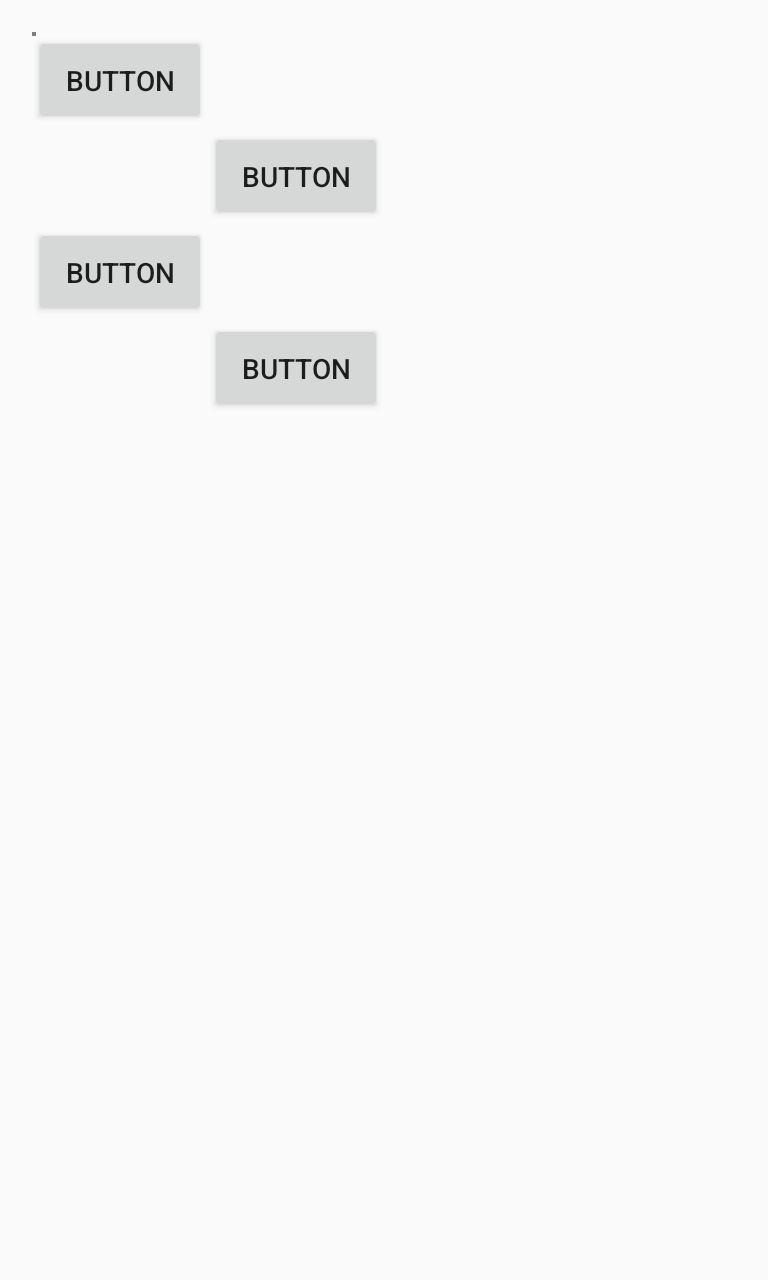
Repository: HarithaAmmuHari/Project
Layout: Relative/res/layout/activity_main.xml
The author's editor kept a copy of each file at every save. The layout is drawn from the files as they stood at one save, then again after the next save.
It is drawn on a 768 x 1280 px phone screen (xhdpi) without system bars, with theme AppTheme; the app's code is not run.

Above is the layout before, as saved 2015-01-21 09:57:36.

### Relative/res/layout/activity_main.xml
<RelativeLayout xmlns:android="http://schemas.android.com/apk/res/android"
    xmlns:tools="http://schemas.android.com/tools"
    android:layout_width="match_parent"
    android:layout_height="match_parent"
    android:paddingBottom="@dimen/activity_vertical_margin"
    android:paddingLeft="@dimen/activity_horizontal_margin"
    android:paddingRight="@dimen/activity_horizontal_margin"
    android:paddingTop="@dimen/activity_vertical_margin"
    tools:context="com.example.relative.MainActivity" >

    <Button
        android:id="@+id/button1"
        android:layout_width="wrap_content"
        android:layout_height="wrap_content"
        android:layout_alignParentLeft="true"
        android:text="Button" />

    <Button
        android:id="@+id/button2"
        android:layout_width="wrap_content"
        android:layout_height="wrap_content"
        android:layout_below="@+id/button1"
        android:layout_toRightOf="@+id/button1"
        android:text="Button" />

    <Button
        android:id="@+id/button3"
        android:layout_width="wrap_content"
        android:layout_height="wrap_content"
        android:layout_below="@+id/button2"
        android:text="Button" />

    <Button
        android:id="@+id/button4"
        android:layout_width="wrap_content"
        android:layout_height="wrap_content"
        android:layout_below="@+id/button3"
        android:layout_toRightOf="@+id/button3"
        android:text="Button" />

    <view
        android:id="@+id/view1"
        android:layout_width="2dp"
        android:layout_height="2dp"
        android:layout_below="@+id/button4"
        android:layout_alignParentTop="true"
        class="AbsoluteLayout" />

</RelativeLayout>

Loaded but not shown: Relative/res/values/styles.xml (common file); Relative/res/values-v11/styles.xml (common file); Relative/res/values-v14/styles.xml (common file); Relative/res/values/dimens.xml (common file); Relative/res/values-w820dp/dimens.xml (common file)

After the next save:
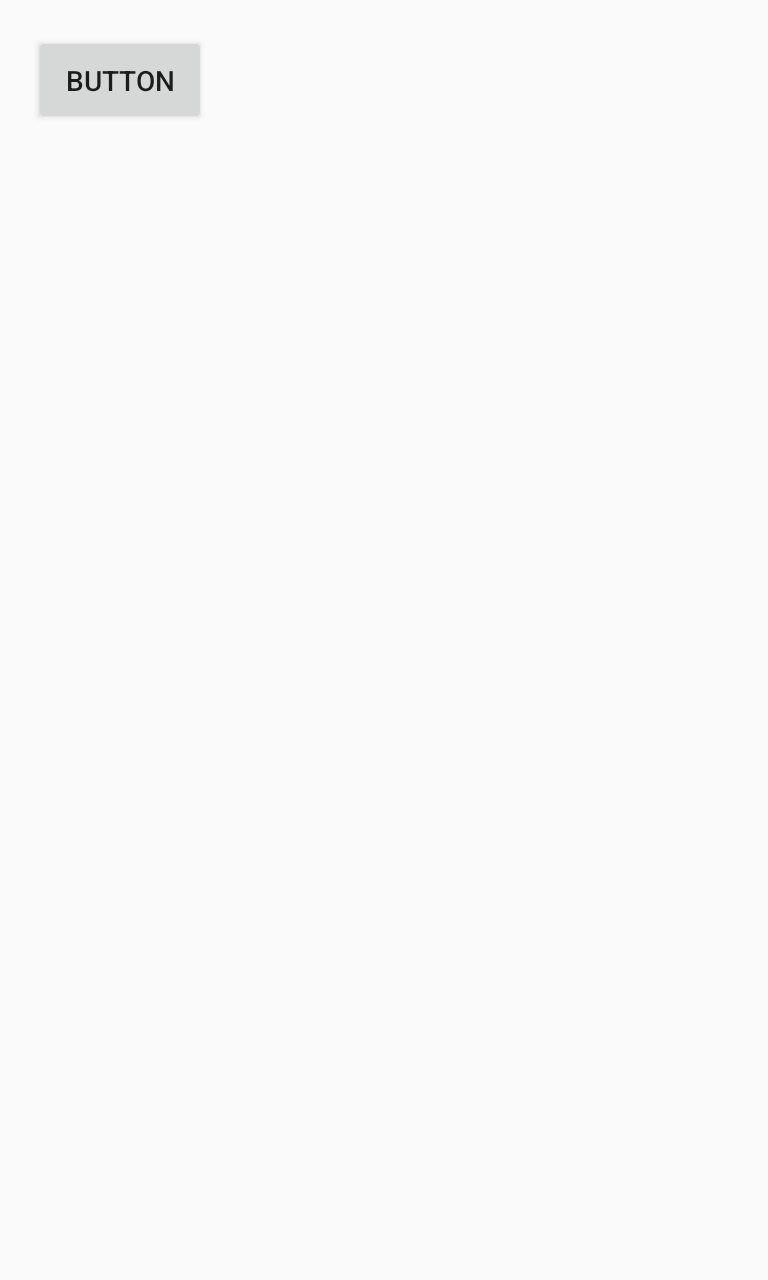
Saved 3 min 9 s later.
--- a/Relative/res/layout/activity_main.xml
+++ b/Relative/res/layout/activity_main.xml
@@ -13,37 +13,8 @@
         android:layout_width="wrap_content"
         android:layout_height="wrap_content"
         android:layout_alignParentLeft="true"
+        android:layout_alignParentTop="true"
+
         android:text="Button" />
 
-    <Button
-        android:id="@+id/button2"
-        android:layout_width="wrap_content"
-        android:layout_height="wrap_content"
-        android:layout_below="@+id/button1"
-        android:layout_toRightOf="@+id/button1"
-        android:text="Button" />
-
-    <Button
-        android:id="@+id/button3"
-        android:layout_width="wrap_content"
-        android:layout_height="wrap_content"
-        android:layout_below="@+id/button2"
-        android:text="Button" />
-
-    <Button
-        android:id="@+id/button4"
-        android:layout_width="wrap_content"
-        android:layout_height="wrap_content"
-        android:layout_below="@+id/button3"
-        android:layout_toRightOf="@+id/button3"
-        android:text="Button" />
-
-    <view
-        android:id="@+id/view1"
-        android:layout_width="2dp"
-        android:layout_height="2dp"
-        android:layout_below="@+id/button4"
-        android:layout_alignParentTop="true"
-        class="AbsoluteLayout" />
-
 </RelativeLayout>
